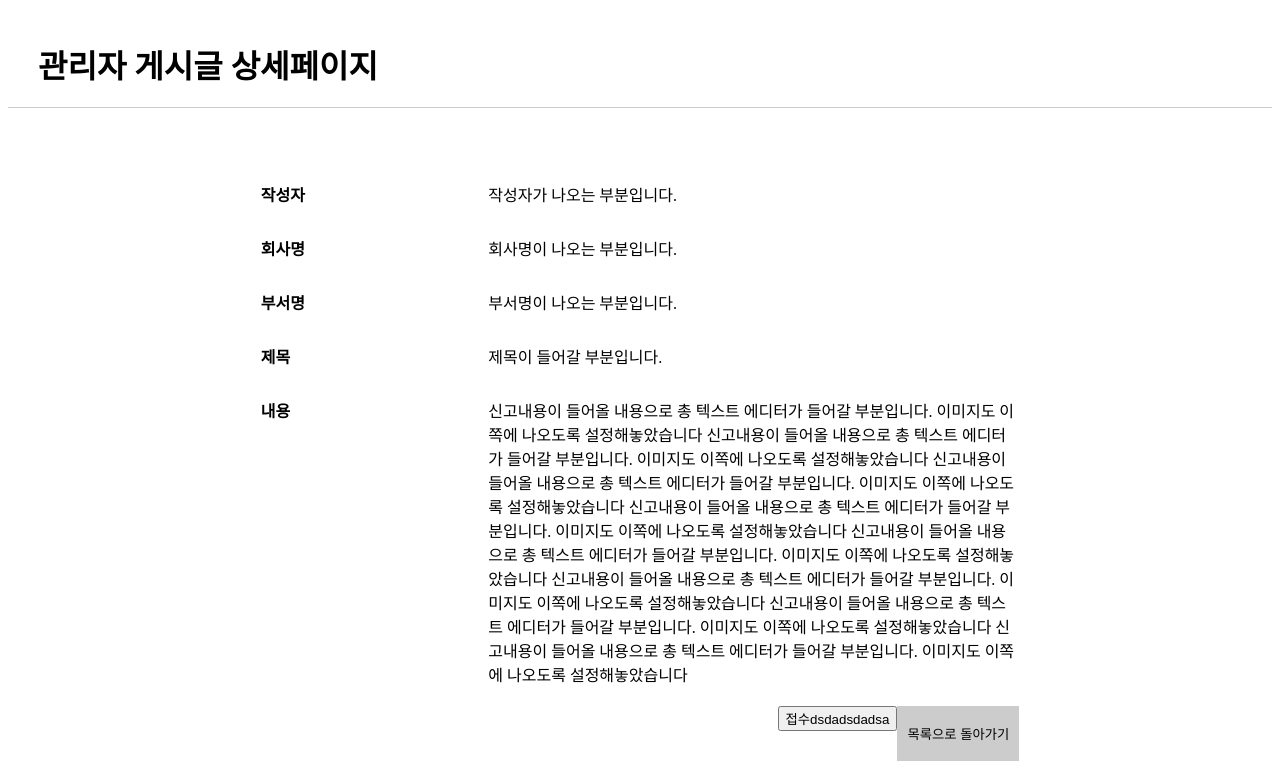
Repository: thdtjdgml415/exVoc
Page: /AdminView/1
The author's editor kept a copy of each file at every save. The page is drawn from the files as they stood at one save, then again after the next save.
The browser window is 1280 px wide. The pictures show the whole page.
The project was rebuilt for these pictures with package versions that can differ from the ones it lists, and the page was loaded fresh each time. Also part of the build but not shown: src/components/table/CommonTable.css, src/components/table/CommonTable.js, src/components/table/CommonTableColumn.js, src/components/table/CommonTableRow.js, src/components/table/CommonTableWriteBtn.js, src/Page/PostList.js, src/Page/PostMain.js, src/Page/PostView.js and 4 more.

Above is the page before, as saved 2023-01-13 16:04:43.

After the next save:
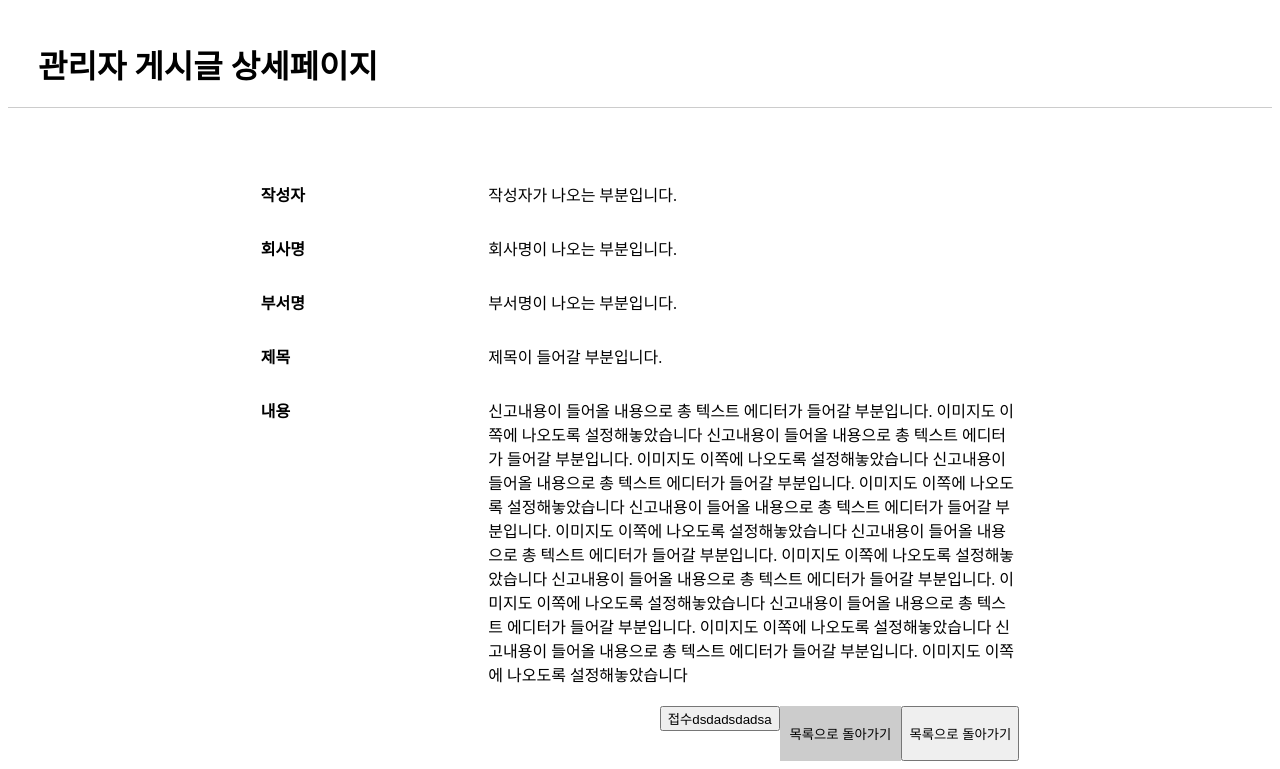
Saved 67 s later.
--- a/src/Page/AdminView.js
+++ b/src/Page/AdminView.js
@@ -71,6 +71,7 @@ const AdminView = ({ }) => {
               </div>
           </React.Fragment>
           <button className="post-view-go-list-btn" onClick={() => navigator(-1)}>목록으로 돌아가기</button>
+          <button>목록으로 돌아가기</button>
         </div>
       </div>
     </>
